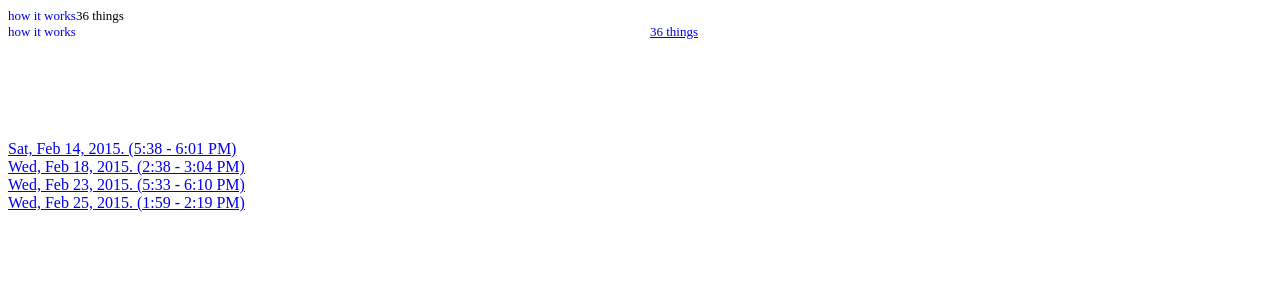
Repository: zhanj122/zhanj122.github.io
Page: 36_things/index.html
The author's editor kept a record of every edit. The page is drawn from the files as they stood at one moment, then again after the next edit.
The browser window is 1280 px wide. The pictures show the whole page.

Above is the page before.

### 36_things/index.html
<html>

    <head>
        <link rel="stylesheet" href="assets/css/index_styles.css">
        <title>36 things</title>
    </head>

    <header>
        <a href="howitworks.html"><span class="howitworks">how it works</span></a> <span class="thirty-six-things">36 things</span>
    </header>

    <body>
        <div class="header">
            <a href="howitworks.html"><span class="howitworks">how it works</span></a> <a href="index.html"><span class="thirty-six-things">36 things</span></a>
        </div>
        <div class="dates">
            <a href="entry1.html">Sat, Feb 14, 2015. (5:38 - 6:01 PM)</a><br>
            <a href="entry1.html">Wed, Feb 18, 2015. (2:38 - 3:04 PM)</a><br>
            <a href="entry3.html">Wed, Feb 23, 2015. (5:33 - 6:10 PM)</a><br>
            <a href="entry4.html">Wed, Feb 25, 2015. (1:59 - 2:19 PM)</a><br>
        </div>
    </body>

</html>

### 36_things/assets/css/index_styles.css
.header {
    text-align: center;
    padding-bottom: 100px;
}

* {
    box-sizing: border-box;
}

.howitworks {
    font-size: 13px;
    float: left;
}

.thirty-six-things {
    font-size: 13px;
    float: center;
}

.wrapper {
    width: 960px;
    margin: 0 auto;
}

.dates-wrapper {
    width: 240px;
    float: left;
    font-family: Arial, Helvetica, sans-serif;
    font-size: 10px;
    text-align: left;
    line-height: 14px;
    margin-left: 35px;
}

.content-wrapper {
    margin-right: 30px;
    width: 630px;
    float: left;
    margin: 5px;
}

.content {
    width: 200px;
    float: left;
    margin: 5 5 60 5;
    font-family: "courier new", courier, monospace;
    font-size: 9px;
}

.content img {
    width: 100%;
    max-height: 500px;
    margin-bottom: 4px;
}

.link-box {
    width: 200px;
    height: 200px;
    padding: 60 70;
    margin-bottom: 4px;
    background-color: yellow;
    font-family: "courier new", courier, monospace;
    font-size: 8px;
    line-height:8px;
}

.pdf-box {
    width: 200px;
    height: 200px;
    padding: 60 70;
    margin-bottom: 4px;
    background-color: red;
    font-family: "courier new", courier, monospace;
    font-size: 8px;
    line-height:8px;
}

audio {
    background-color: #000;
    max-width: 200px;
    margin-bottom: 4px;
}

video {
    margin-bottom: 4px;
}

.iframe {
    width: 200px;
    height: 112px;
    margin-bottom: 4px;
}

After the next edit:
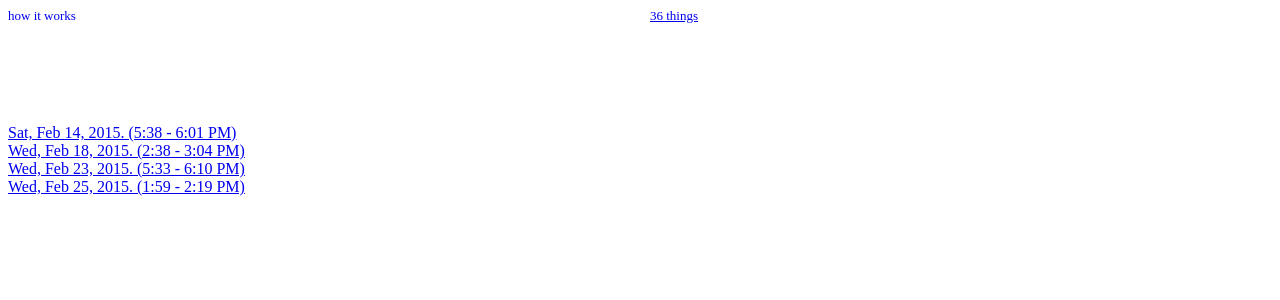
The edit:
--- a/36_things/index.html
+++ b/36_things/index.html
@@ -4,10 +4,6 @@
         <link rel="stylesheet" href="assets/css/index_styles.css">
         <title>36 things</title>
     </head>
-
-    <header>
-        <a href="howitworks.html"><span class="howitworks">how it works</span></a> <span class="thirty-six-things">36 things</span>
-    </header>
 
     <body>
         <div class="header">
